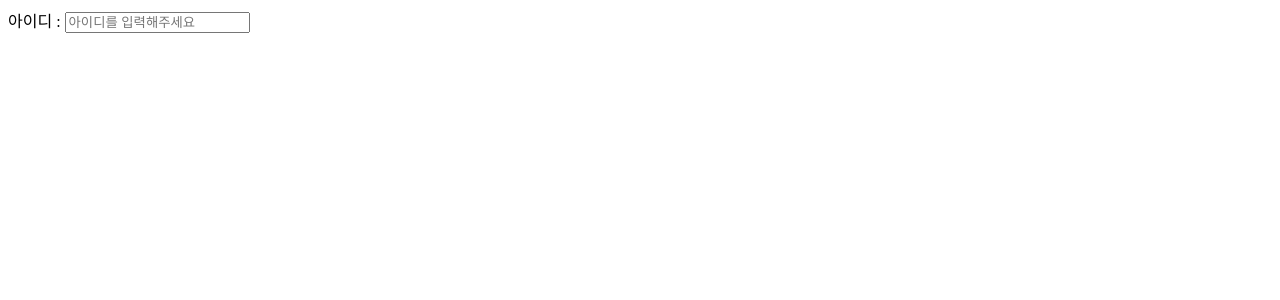
Repository: BangHoJung/jsp
Page: http://localhost/BoardProject_0105__/member/find_pass.jsp
These files come from the project's save history. The page is drawn as it stood at one moment and after the next save; the edit follows.
The browser window is 1280 px wide. The pictures show the whole page.
The page is served by Tomcat 9. Other server files are loaded and not shown.

Above is the page before, as saved 2020-12-30 02:17:26.

### BoardProject(0105~)/WebContent/member/find_pass.jsp
<%@ page language="java" contentType="text/html; charset=UTF-8"
    pageEncoding="UTF-8"%>
<!DOCTYPE html>
<html>
<head>
<meta charset="UTF-8">
<title>Insert title here</title>
</head>
<body>
	<form action="pass_update.jsp" method="post">
		아이디 : <input type="text" name="id" placeholder="아이디를 입력해주세요">
	</form>
</body>
</html>

After the next save:
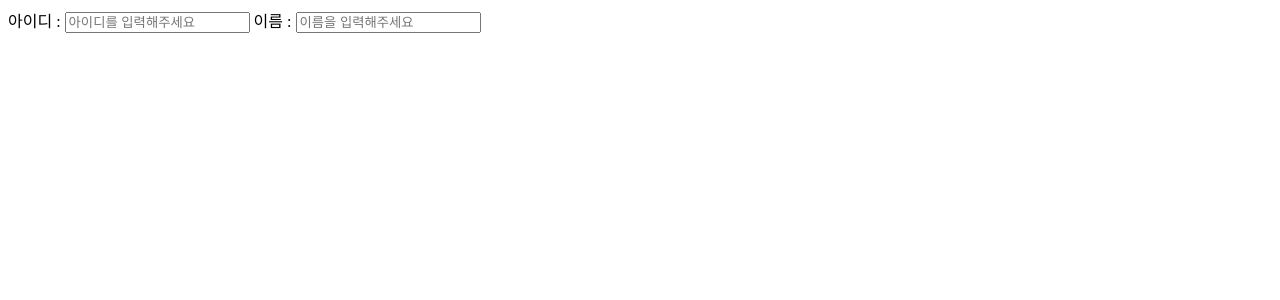
Saved 17 s later.
--- a/BoardProject(0105~)/WebContent/member/find_pass.jsp
+++ b/BoardProject(0105~)/WebContent/member/find_pass.jsp
@@ -9,6 +9,7 @@
 <body>
 	<form action="pass_update.jsp" method="post">
 		아이디 : <input type="text" name="id" placeholder="아이디를 입력해주세요">
+		이름 : <input type="text" name="name" placeholder="이름을 입력해주세요">
 	</form>
 </body>
 </html>
